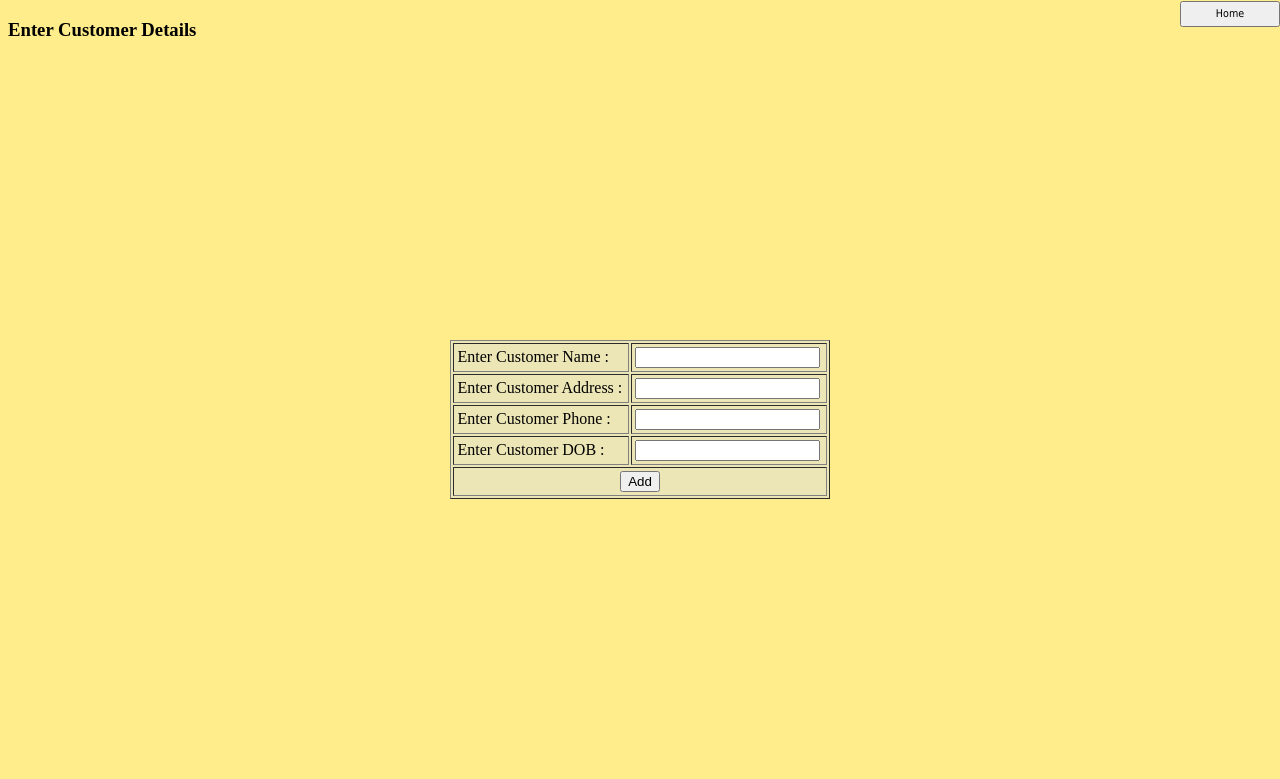
Repository: ankitasha/HomeProject
Page: http://localhost/insurance/WEB-INF/views/addcustomer.jsp
An editor plug-in stored every save of this project. The page is shown before and after the next save, followed by the edit.
The browser window is 1280 px wide. The pictures show the whole page.
The page is served by Tomcat 9. Nobody is signed in. The template is opened directly, without the code that normally fills it, so the values that code supplies are empty.

Above is the page before, as saved 2017-05-03 09:52:08.

After the next save:
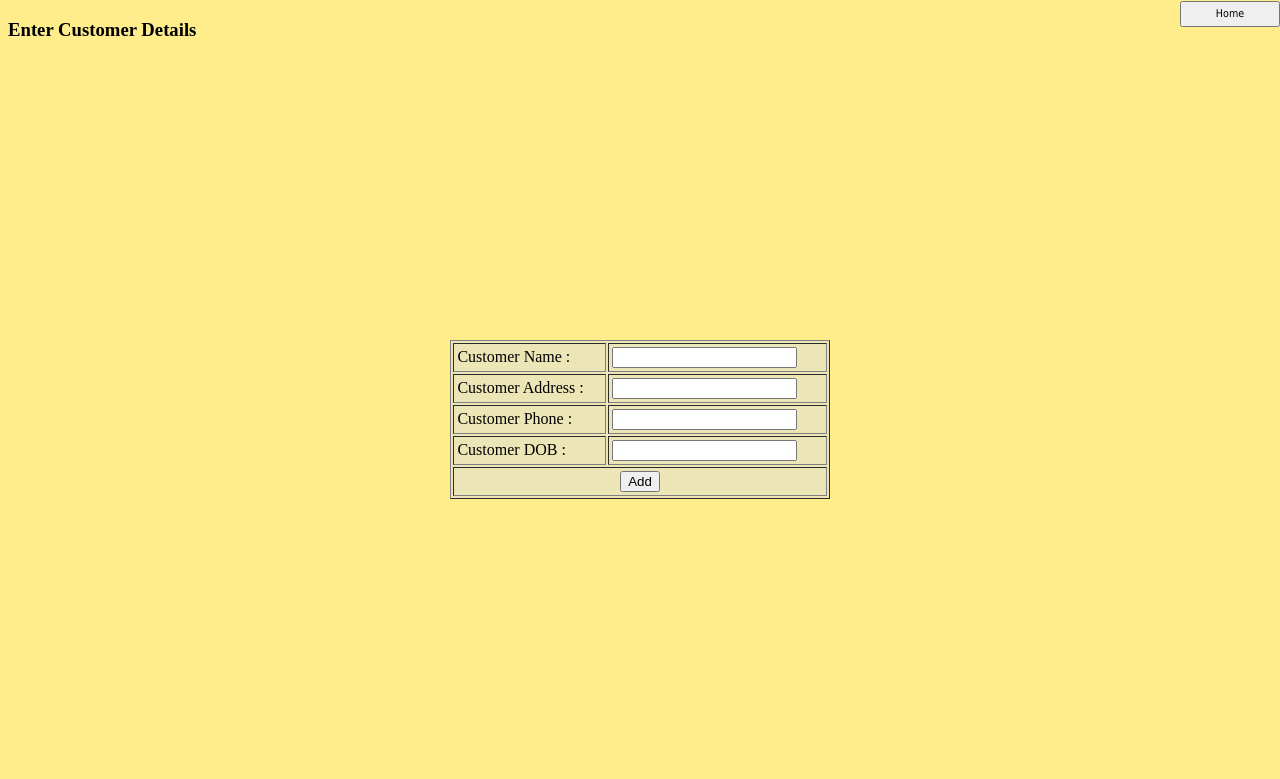
Saved 17 min 42 s later.
--- a/insurance/src/main/webapp/WEB-INF/views/addcustomer.jsp
+++ b/insurance/src/main/webapp/WEB-INF/views/addcustomer.jsp
@@ -60,16 +60,16 @@
                <table id="myTable" border="1" width="30%" cellpadding="3" style="background-color: #ECE5B6;" WIDTH="30%">
 
                     <tr>
-                        <td> Enter Customer Name : </td><td><input name="name"  /> </td>
+                        <td> Customer Name : </td><td><input name="name"  /> </td>
                     </tr>
                     <tr>
-                        <td> Enter Customer Address : </td><td> <input name="address" /> </td>
+                        <td> Customer Address : </td><td> <input name="address" /> </td>
                     </tr>
                     <tr>
-                        <td> Enter Customer Phone : </td><td> <input name="phone" /> </td>
+                        <td> Customer Phone : </td><td> <input name="phone" /> </td>
                     </tr>
                     <tr>
-                        <td> Enter Customer DOB : </td><td> <input name="dob" /> </td>
+                        <td> Customer DOB : </td><td> <input name="dob" /> </td>
                     </tr>
                     <tr>
                       <td colspan="2" align="center"><input type="submit" value="Add" /></td>
